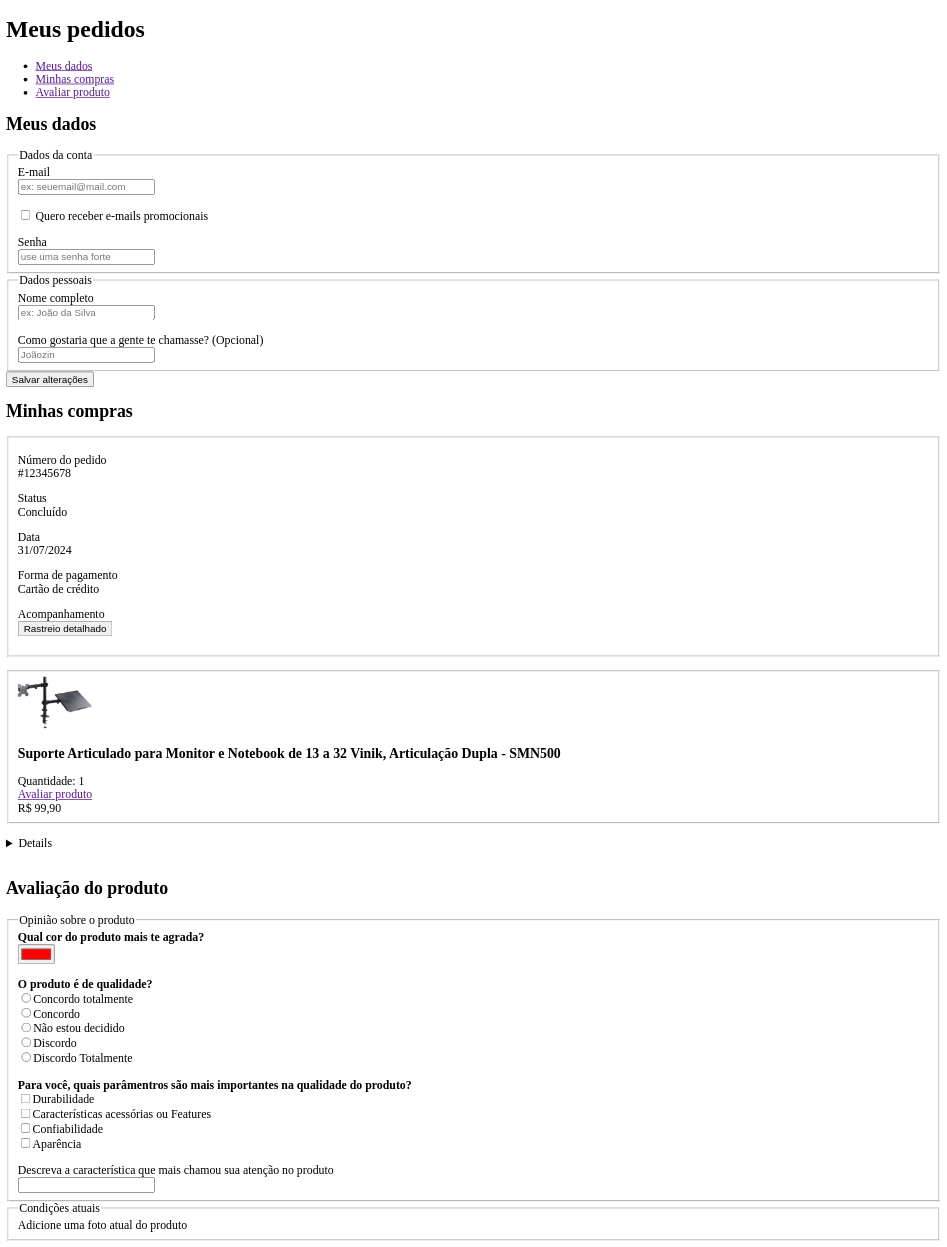
Repository: claudemir-camargo/site-compras
Page: index.html
These files come from the project's save history. The page is drawn as it stood at one moment and after the next save; the edit follows.
The browser window is 1280 px wide. The pictures show the whole page, at 74% of full size.

Above is the page before, as saved 2024-03-03 23:21:30.

### index.html
<!DOCTYPE html>
<html lang="en">

<head>
    <meta charset="UTF-8">
    <meta name="viewport" content="width=device-width, initial-scale=1.0">
    <link rel="stylesheet" type="text/css" href="css/style.css" />
    <title>Site de Compras</title>
</head>

<body>
    <h1>Meus pedidos</h1>
    <ul>
        <li><a href="">Meus dados</a></li>
        <li><a href="">Minhas compras</a></li>
        <li><a href="">Avaliar produto</a></li>
    </ul>
    <h2>Meus dados</h2>
    <!-- Conta -->
    <fieldset>
        <legend>Dados da conta</legend>
        <form>
            <label>E-mail</label><br>
            <input type="email" id="email" name="email" placeholder="ex: seuemail@mail.com"><br><br>
            <input type="checkbox">
            <label>Quero receber e-mails promocionais</label><br><br>
            <label>Senha</label><br>
            <input type="password" placeholder="use uma senha forte">
        </form>
    </fieldset>
    <!-- Pessoais -->
    <fieldset>
        <legend>Dados pessoais</legend>
        <form>
            <label>Nome completo</label><br>
            <input type="text" placeholder="ex: João da Silva"><br><br>
            <label>Como gostaria que a gente te chamasse? (Opcional) </label><br>
            <input type="text" placeholder="Joãozin">
        </form>
    </fieldset>
    <button type="button">Salvar alterações</button>
    <!-- Minhas compras -->
    <h2>Minhas compras</h2>
    <fieldset>
        <p>Número do pedido<br>#12345678</p>
        <p>Status<br>Concluído</p>
        <p>Data<br>31/07/2024</p>
        <p>Forma de pagamento<br>Cartão de crédito</p>
        <p>Acompanhamento<br><button>Rastreio detalhado</button></p>
    </fieldset>
    <!-- Produto -->
    <br>
    <fieldset>
        <img src="img/suporte.jpg" alt="Suporte">
        <h3>
            <p>Suporte Articulado para Monitor e Notebook de 13 a 32 Vinik,
                Articulação Dupla - SMN500</p>
        </h3>
        Quantidade: 1<br>
        <a href="">Avaliar produto</a><br>
        R$ 99,90
    </fieldset>
    <br>
    <details tag="Detalhes de Envio e Pagamento">
        <p></p>
        <strong>Endereço de entrega</strong><br>
        Avenida Estelita Falcão<br>
        Número 12, Centro<br>
        CEP 48170-970 - Itapetininga/São Paulo
        <br><br>
        <strong>Forma de Pagamento</strong><br>
        Cartão de crédito<br>
        Master Card **** **** **** 1234<br>
        Titular: Claudemir Camargo
        <br><br>
        <strong>Frete</strong>
        R$ 15,50<br>
        Enviado por GFL<br>
        Entregue
    </details>
    <br>
    <form>
        <h2>Avaliação do produto</h2>
        <fieldset>
            <legend>Opinião sobre o produto</legend>
            <label><strong>Qual cor do produto mais te agrada?</strong></label><br>
            <input type="color" value="#ff0000"><br><br>
            <label><strong>O produto é de qualidade?</strong></label><br>
            <input type="radio" name="qualidade"><label>Concordo totalmente</label><br>
            <input type="radio" name="qualidade"><label>Concordo</label><br>
            <input type="radio" name="qualidade"><label>Não estou decidido</label><br>
            <input type="radio" name="qualidade"><label></label>Discordo</label><br>
            <input type="radio" name="qualidade"><label></label>Discordo Totalmente</label>
            <br><br>
            <label><strong>Para você, quais parâmentros são mais importantes na qualidade do
                    produto?</strong></label><br>
            <input type="checkbox"><label>Durabilidade</label><br>
            <input type="checkbox"><label>Características acessórias ou Features</label><br>
            <input type="checkbox"><label>Confiabilidade</label><br>
            <input type="checkbox"><label>Aparência</label>
            <br><br>
            <label>Descreva a característica que mais chamou sua atenção no produto</label><br>
            <input type="text">
        </fieldset>
        <fieldset>
            <legend>Condições atuais</legend>
            <label>Adicione uma foto atual do produto</label><br>
            <input type="file>
        </fieldset>


    </form>


    </fieldset>



</body>

</html>

### css/style.css
img {
    height: 70px;
    width: 100px;
}

After the next save:
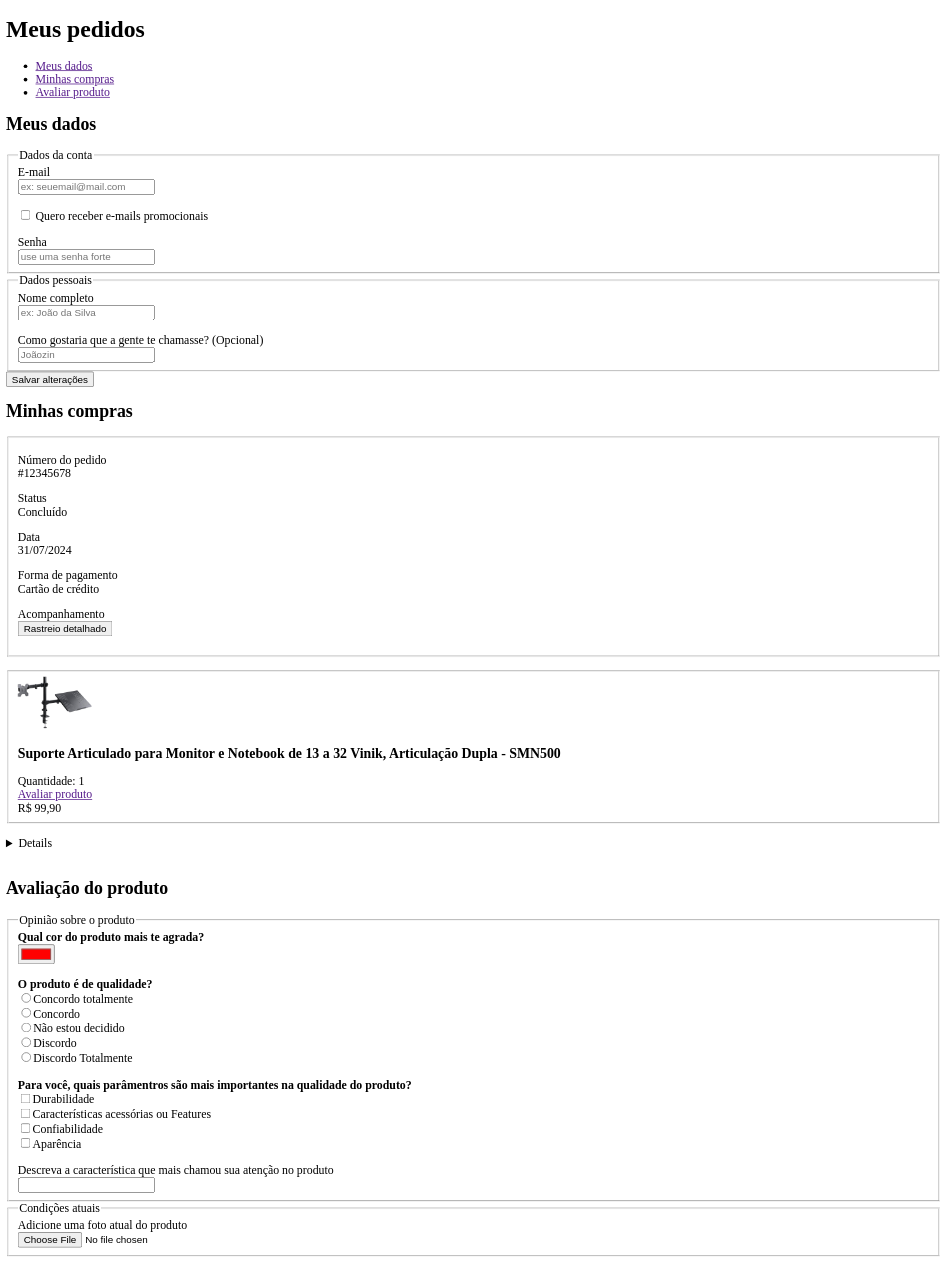
Saved 16 s later.
--- a/index.html
+++ b/index.html
@@ -105,7 +105,7 @@
         <fieldset>
             <legend>Condições atuais</legend>
             <label>Adicione uma foto atual do produto</label><br>
-            <input type="file>
+            <input type="file">
         </fieldset>
 
 
